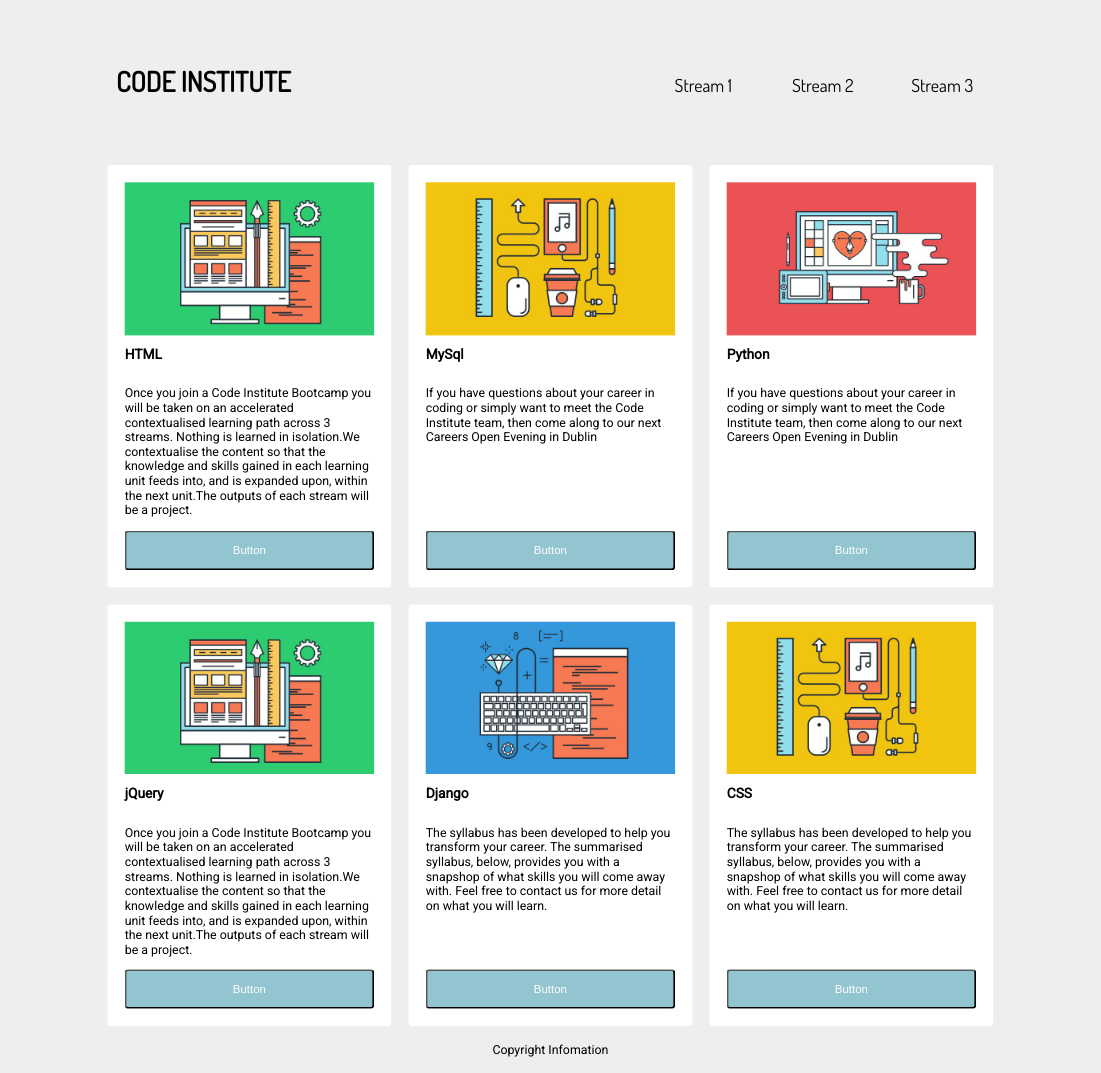
Repository: LivHed/jquery-events
Page: Cards-jquery.html
The author's editor kept a record of every edit. The page is drawn from the files as they stood at one moment, then again after the next edit.
The browser window is 1280 px wide. The pictures show the whole page, at 86% of full size.
Some web libraries are served in a nearby version.

Above is the page before.

After the next edit:
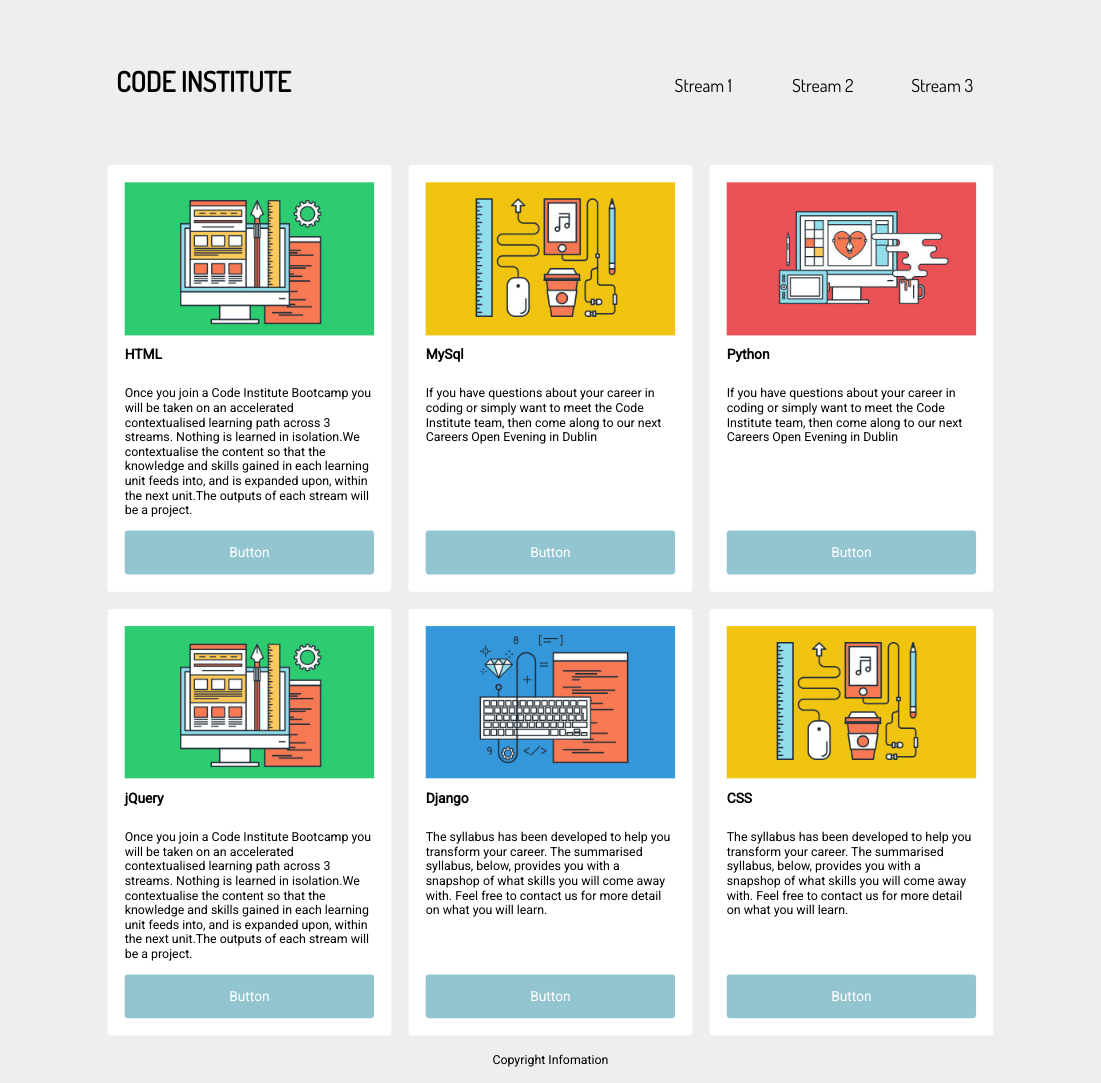
The edit:
--- a/Cards-jquery.html
+++ b/Cards-jquery.html
@@ -9,7 +9,7 @@
 	<link href='https://fonts.googleapis.com/css?family=Dosis' rel='stylesheet' type='text/css'>
 </head>
 <body>
-	<div id="container">
+<div id="container">
 		<nav>
 			<ul>
 				<li id="logoNav">CODE INSTITUTE</li>
@@ -19,46 +19,45 @@
 			</ul>
 		</nav>
 		<div class="card stream1">
-			<img class="card_image"src="img/3.png">
+			<img class="card_image" src="img/3.png" alt="coding icon">
 			<div class="card_bottom">
-				<h2 id="hr_html"class="card_head" >HTML</h2>
-				<p class="card_para" id="paragraph1">Once you join a Code Institute Bootcamp you will be taken on an accelerated contextualised learning path across 3 streams. Nothing is learned in isolation.We contextualise the content so that the knowledge and skills gained in each learning unit feeds into, and is expanded upon, within the next unit.The outputs of each stream will be a project.
-				</p>
-				<button class="bottom_button" id="effect_button1">Button</button>
+				<h2 class="card_head">HTML</h2>
+				<p class="card_para">Once you join a Code Institute Bootcamp you will be taken on an accelerated contextualised learning path across 3 streams. Nothing is learned in isolation.We contextualise the content so that the knowledge and skills gained in each learning unit feeds into, and is expanded upon, within the next unit.The outputs of each stream will be a project. </p>
+				<a href="" class="bottom_button">Button</a>
 			</div>
 		</div>
 		<div class="card stream3">
-			<img class="card_image "src="img/1.png">
-			<h2  id="hr_mysql"class="card_head">MySql</h2>
-			<p class="card_para" id="paragraph2">If you have questions about your career in coding or simply want to meet the Code Institute team, then come along to our next Careers Open Evening in Dublin</p>
-			<button class="bottom_button" id="effect_button2">Button</button>
+			<img class="card_image" src="img/1.png" alt="coding icon">
+			<h2 class="card_head">MySql</h2>
+			<p class="card_para">If you have questions about your career in coding or simply want to meet the Code Institute team, then come along to our next Careers Open Evening in Dublin</p>
+			<a href="" class="bottom_button">Button</a>
 		</div>
 
 		<div class="card stream2">
-			<img class="card_image "src="img/2.png">
-			<h2 id="hr_python" class="card_head">Python</h2>
-			<p class="card_para" id="paragraph3">If you have questions about your career in coding or simply want to meet the Code Institute team, then come along to our next Careers Open Evening in Dublin</p>
-			<button class="bottom_button" id="effect_button3">Button</button>
+			<img class="card_image" src="img/2.png" alt="coding icon">
+			<h2 class="card_head">Python</h2>
+			<p class="card_para">If you have questions about your career in coding or simply want to meet the Code Institute team, then come along to our next Careers Open Evening in Dublin</p>
+			<a href="" class="bottom_button">Button</a>
 		</div>
 		<div class="card stream1">
-			<img class="card_image"src="img/3.png">
+			<img class="card_image" src="img/3.png" alt="coding icon">
 			<div class="card_bottom">
-				<h2 id="hr_jquery" class="card_head">jQuery</h2>
-				<p class="card_para" id="paragraph4">Once you join a Code Institute Bootcamp you will be taken on an accelerated contextualised learning path across 3 streams. Nothing is learned in isolation.We contextualise the content so that the knowledge and skills gained in each learning unit feeds into, and is expanded upon, within the next unit.The outputs of each stream will be a project. </p>
-				<button class="bottom_button" id="effect_button4">Button</button>
+				<h2 class="card_head">jQuery</h2>
+				<p class="card_para">Once you join a Code Institute Bootcamp you will be taken on an accelerated contextualised learning path across 3 streams. Nothing is learned in isolation.We contextualise the content so that the knowledge and skills gained in each learning unit feeds into, and is expanded upon, within the next unit.The outputs of each stream will be a project. </p>
+				<a href="" class="bottom_button">Button</a>
 			</div>
 		</div>
 		<div class="card stream3">
-			<img class="card_image"src="img/4.png">
-			<h2 id="hr_django" class="card_head">Django</h2>
-			<p class="card_para" id="paragraph5">The syllabus has been developed to help you transform your career. The summarised syllabus, below, provides you with a snapshop of what skills you will come away with. Feel free to contact us for more detail on what you will learn.</p>
-			<button class="bottom_button" id="effect_button5">Button</button>
+			<img class="card_image" src="img/4.png" alt="coding icon">
+			<h2 class="card_head">Django</h2>
+			<p class="card_para">The syllabus has been developed to help you transform your career. The summarised syllabus, below, provides you with a snapshop of what skills you will come away with. Feel free to contact us for more detail on what you will learn.</p>
+			<a href="" class="bottom_button">Button</a>
 		</div>
 		<div class="card stream1">
-			<img class="card_image"src="img/1.png">
-			<h2 id="hr_css"class="card_head">CSS</h2>
+			<img class="card_image" src="img/1.png" alt="coding icon">
+			<h2 class="card_head">CSS</h2>
 			<p class="card_para">The syllabus has been developed to help you transform your career. The summarised syllabus, below, provides you with a snapshop of what skills you will come away with. Feel free to contact us for more detail on what you will learn.</p>
-			<button class="bottom_button" id="effect_button6">Button</button>
+			<a href="" class="bottom_button">Button</a>
 		</div>
 		<div id="my_footer">
 			<p id="copyright">Copyright Infomation</p>
